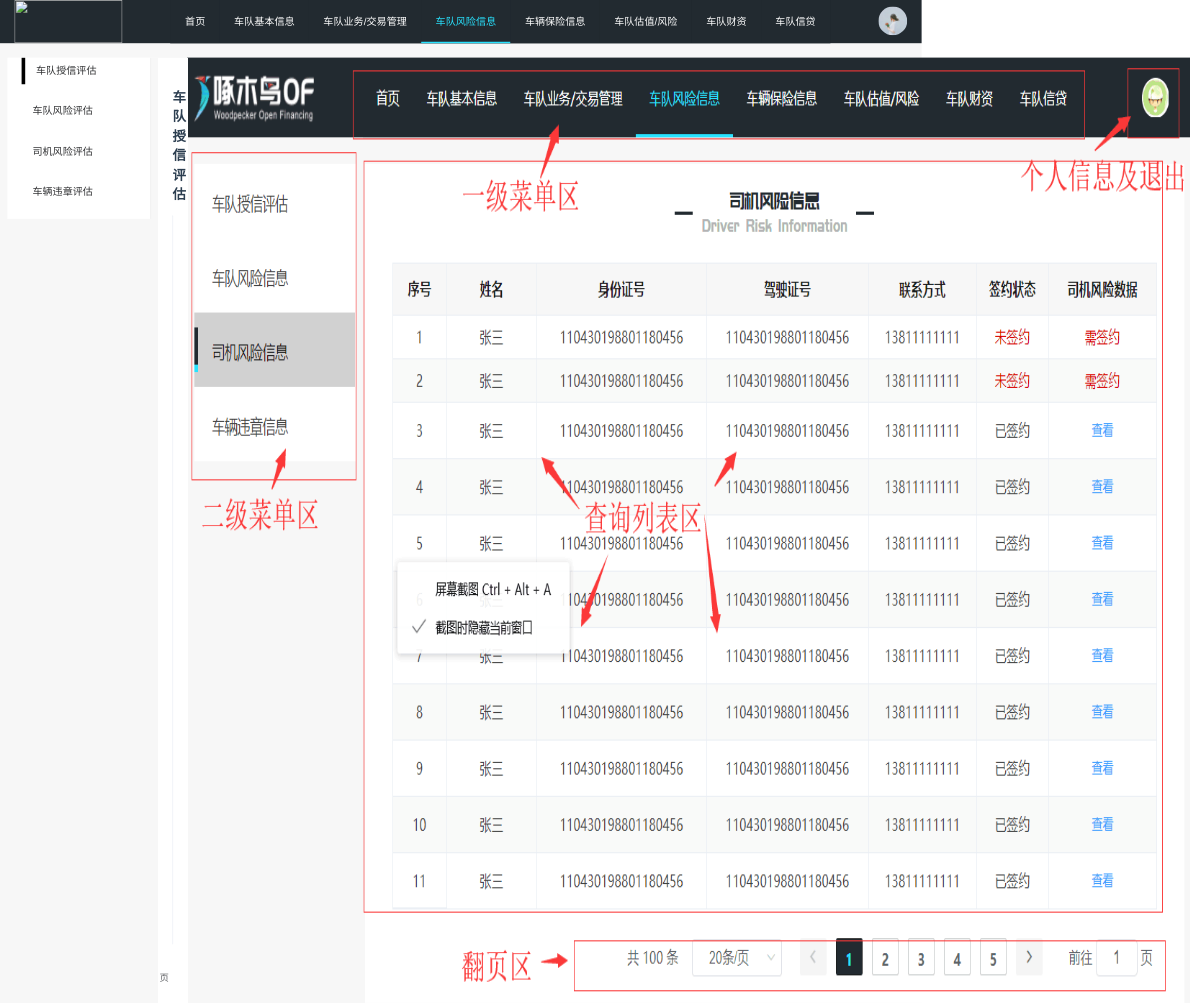
Repository: TheWomanLiketheWind/woodpecker
Page: /
These files come from the project's save history. The page is drawn as it stood at one moment and after the next save; the edit follows.
The browser window is 1280 px wide. The page is 1653 px wide, so the pictures cover 1653 px, including what lies to the right of the window. The pictures show the whole page, at 72% of full size.
The project was rebuilt for these pictures with package versions that can differ from the ones it lists, and the page was loaded fresh each time. Also part of the build but not shown: src/views/menuThird.vue.

Above is the page before, as saved 2019-07-26 09:52:01.

### public/index.html
<!DOCTYPE html>
<html lang="en">
  <head>
    <meta charset="utf-8">
    <meta http-equiv="X-UA-Compatible" content="IE=edge">
    <meta name="viewport" content="width=device-width,initial-scale=1.0">
    <link rel="icon" href="<%= BASE_URL %>favicon.ico">
    <title>woodpecker</title>
  </head>
  <body>
    <noscript>
      <strong>We're sorry but woodpecker doesn't work properly without JavaScript enabled. Please enable it to continue.</strong>
    </noscript>
    <div id="app"></div>
    <!-- built files will be auto injected -->
  </body>
</html>

### src/App.vue
<template>
  <div id="app">
    <router-view />
  </div>
</template>

<style lang="scss">
#app {
  font-family: "Avenir", Helvetica, Arial, sans-serif;
  -webkit-font-smoothing: antialiased;
  -moz-osx-font-smoothing: grayscale;
  text-align: center;
  color: #2c3e50;
  background: #f7f7f7;
  .el-header {
    display: flex;
    justify-content: space-between;
    align-items: center;
  }
  .menuSecond {
    .el-menu-item:focus,
    .el-menu-item:hover {
      background-color: rgb(209, 209, 209);
    }
    .el-menu-item.is-active span {
      border-left: 5px solid #000;
    }
    .el-menu-item span {
      // border-left: 5px solid #fff;
      height: 37px;
      line-height: 37px;
      text-align: left;
      width: 100%;
      display: block;
      padding-left: 15px;
    }
  }
}
#nav {
  padding: 30px;
  a {
    font-weight: bold;
    color: #2c3e50;
    &.router-link-exact-active {
      color: #42b983;
    }
  }
}
body {
  margin: 0;
}
</style>

### src/router.ts
import Vue from 'vue'
import Router from 'vue-router'
import Home from './views/Home.vue'
Vue.use(Router)

export default new Router({
  mode: 'history',
  base: process.env.BASE_URL,
  routes: [
    {
      path: '/',
      name: 'home',
      component: Home,
      children: [
        {
          path: '/',
          name: 'menuSecond',
          children: [
            {
              path: '/',
              name: 'menuThird',
              component: () =>
                import(/* webpackChunkName: "about" */ './views/menuThird.vue')
            }
          ],
          component: () =>
            import(/* webpackChunkName: "about" */ './views/menuSecond.vue')
        }
      ]
    }
  ]
})

### src/views/Home.vue
<template>
  <el-container>
    <el-header class="headerAll">
      <img src=""
           class="headImage">
      <el-menu :default-active="activeIndex"
               class="el-menu-demo"
               mode="horizontal"
               background-color="#222a30"
               text-color="#fff"
               active-text-color="#29e2fe"
               @select="handleSelect">
        <el-menu-item v-for="(item, index) in menuList"
                      :key="index"
                      :index="item.index"
                      v-on:listenToChildEvent="menuClick">{{item.name}}</el-menu-item>
      </el-menu>

      <el-dropdown>
        <img src="../assets/headImage.jpg"
             class="drophead" />
        <el-dropdown-menu slot="dropdown">
          <el-dropdown-item>个人信息</el-dropdown-item>
          <el-dropdown-item>退出</el-dropdown-item>
        </el-dropdown-menu>
      </el-dropdown>
    </el-header>
    <!-- <router-link to="/menuSecond">点击跳转</router-link> -->
    <router-view />
  </el-container>
</template>

<script lang="ts">
import { Component, Vue } from "vue-property-decorator";

@Component({
  components: {}
})
export default class Home extends Vue {
  data() {
    return {
      activeIndex: "4",
      menuList: [
        {
          name: "首页",
          index: "1",
          link: ""
        },
        {
          name: "车队基本信息",
          index: "2",
          link: ""
        },
        {
          name: "车队业务/交易管理",
          index: "3",
          link: ""
        },
        {
          name: "车队风险信息",
          index: "4",
          link: ""
        },
        {
          name: "车辆保险信息",
          index: "5",
          link: ""
        },
        {
          name: "车队估值/风险",
          index: "6",
          link: ""
        },
        {
          name: "车队财资",
          index: "7",
          link: ""
        },
        {
          name: "车队信贷",
          index: "8",
          link: ""
        }
      ]
    };
  }

  private handleSelect(key: any, keyPath: any) {
    console.log(key, keyPath);
  }

  menuClick(data: any) {
    this.$router.push(data);
  }
}
</script>

<style lang="scss">
.headerAll {
  background: #222a30;
  margin-bottom: 20px;
  .headImage {
    width: 150px;
    height: 100%;
    border: 0;
  }
  .drophead {
    width: 40px;
    height: 40px;
    border-radius: 50%;
  }
}
</style>

### src/views/menuSecond.vue
<template>
  <el-container class="menuSecond">

    <el-aside width="200px"
              class="asideClass">
      <el-menu :default-active="defaultActive"
               class="el-menu-vertical-demo"
               active-text-color="#303133"
               @select="handleSelect">
        <el-menu-item v-for="(item, index) in filesList.navigeList"
                      :key="index"
                      :index="item.index">
          <span slot="title">{{item.name}}</span>
        </el-menu-item>
      </el-menu>
    </el-aside>
    <el-main class="menuSecondRight">
      <h3>{{filesList.navigeList[this.selectIndex].name}}</h3>
      <el-table :data="tableData"
                border
                stripe
                style="width: 100%">
        <el-table-column type="index"
                         label="序号"
                         width="70"
                         align="center">
        </el-table-column>
        <el-table-column prop="name"
                         label="姓名"
                         width="110"
                         align="center" />
        <el-table-column prop="cardId"
                         label="身份证号"
                         align="center" />
        <el-table-column prop="driveId"
                         label="驾驶证号"
                         align="center" />
        <el-table-column prop="tel"
                         label="联系方式"
                         align="center" />
        <el-table-column prop="signType"
                         label="签约状态"
                         align="center">
          <template slot-scope="scope">
            <span :class="scope.row.signType === 0?'signTypeColor':''">{{scope.row.signType === 0?'未签约':'已签约'}}</span>
          </template>
        </el-table-column>
        <el-table-column label="司机风险数据"
                         align="center">
          <template slot-scope="scope">
            <el-button type="text"
                       v-if="scope.row.signType === 0"
                       class="signTypeColor">需签约</el-button>
            <el-button type="text"
                       v-else>查看</el-button>
          </template>
        </el-table-column>
      </el-table>
      <el-pagination @size-change="handleSizeChange"
                     @current-change="handleCurrentChange"
                     :current-page="currentPage4"
                     :page-sizes="[10, 20, 50, 100]"
                     :page-size="10"
                     layout="total, sizes, prev, pager, next, jumper"
                     :total="tableData.length">
      </el-pagination>
    </el-main>
    <img src="../assets/d1c2dc3ef8561f8ba11936fef14c613.png">
  </el-container>

</template>

<script lang="ts">
import Vue from "vue";
import files from "../jsonFile";

export default Vue.extend({
  data() {
    return {
      filesList: files,
      selectIndex: 0,
      defaultActive: "1",
      currentPage4: 4,
      tableData: [
        {
          name: "张三",
          cardId: "110430198801180456",
          driveId: "110430198801180456",
          tel: "13811111111",
          signType: 0
        }
      ]
    };
  },
  mounted() {
    this.defined();
  },
  methods: {
    defined() {
      for (let i = 0; i < 9; i++) {
        let object = {
          name: "张三",
          cardId: "110430198801180456",
          driveId: "110430198801180456",
          tel: "13811111111",
          signType: i === 0 ? 0 : 1
        };
        this.tableData.push(object);
      }
    },
    handleSelect(key: String) {
      this.selectIndex = Number(key) - 1;
    },
    handleSizeChange(val: Number) {
      console.log(`每页 ${val} 条`);
    },
    handleCurrentChange(val: Number) {
      console.log(`当前页: ${val}`);
    }
  }
});
</script>


<style lang="scss">
.menuSecond {
  background: #f7f7f7;
  margin: 0 10px;
  .menuSecondRight {
    background: #fff;
    margin-left: 10px;
  }
  .el-pagination {
    margin-top: 30px;
    float: right;
  }
  .signTypeColor {
    color: #d40707;
  }
}
.el-menu {
  background: #fff;
}
</style>

### src/jsonFile.ts
const fileObject = {
  navigeList: [
    {
      name: '车队授信评估',
      index: '1'
    },
    {
      name: '车队风险评估',
      index: '2'
    },
    {
      name: '司机风险评估',
      index: '3'
    },
    {
      name: '车辆违章评估',
      index: '4'
    }
  ]
}

export default fileObject

Loaded but not shown: src/main.ts (common file); src/store.ts (common file)

After the next save:
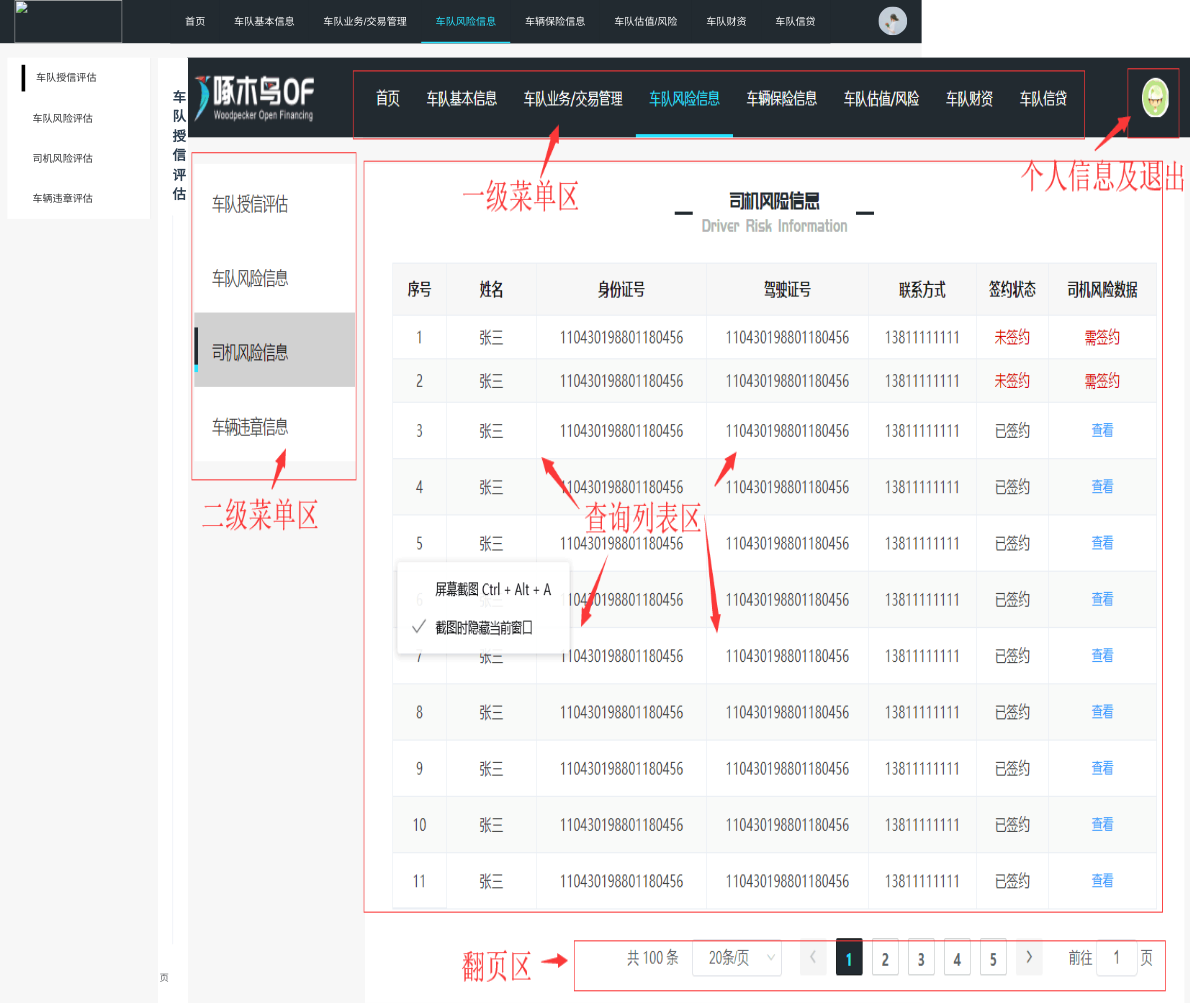
Saved 26 s later.
--- a/src/App.vue
+++ b/src/App.vue
@@ -25,6 +25,11 @@
     .el-menu-item.is-active span {
       border-left: 5px solid #000;
     }
+    .el-menu-item {
+      display: flex;
+      align-items: center;
+    }
+
     .el-menu-item span {
       // border-left: 5px solid #fff;
       height: 37px;
